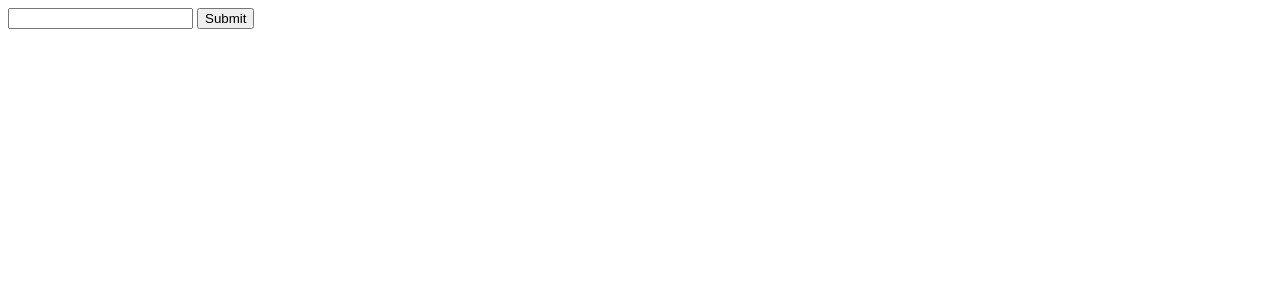
Repository: l897284707/0913
Page: 练习一.html
The author's editor kept a copy of each file at every save. The page is drawn from the files as they stood at one save, then again after the next save.
The browser window is 1280 px wide. The pictures show the whole page.

Above is the page before, as saved 2022-09-13 17:40:11.

After the next save:
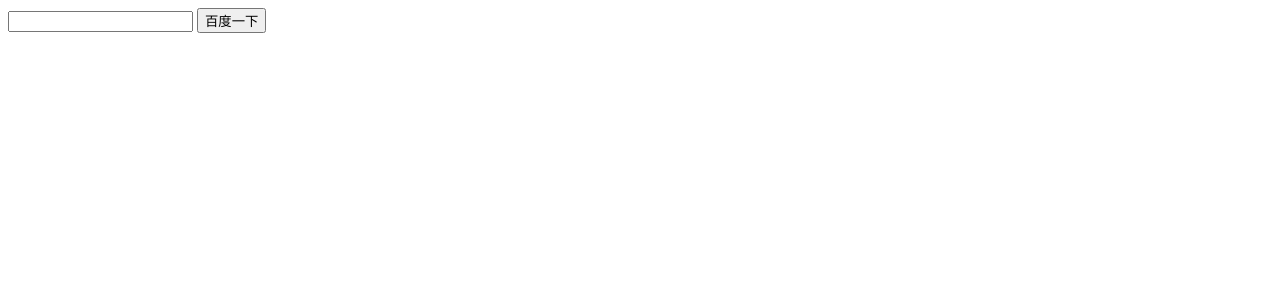
Saved 9 s later.
--- a/练习一.html
+++ b/练习一.html
@@ -11,7 +11,7 @@
 <body>
     <form action="https://baidu.com/s">
         <input type="text" name="wd">
-        <input type="submit">
+        <input type="submit" value="百度一下">
     </form>
 </body>
 
